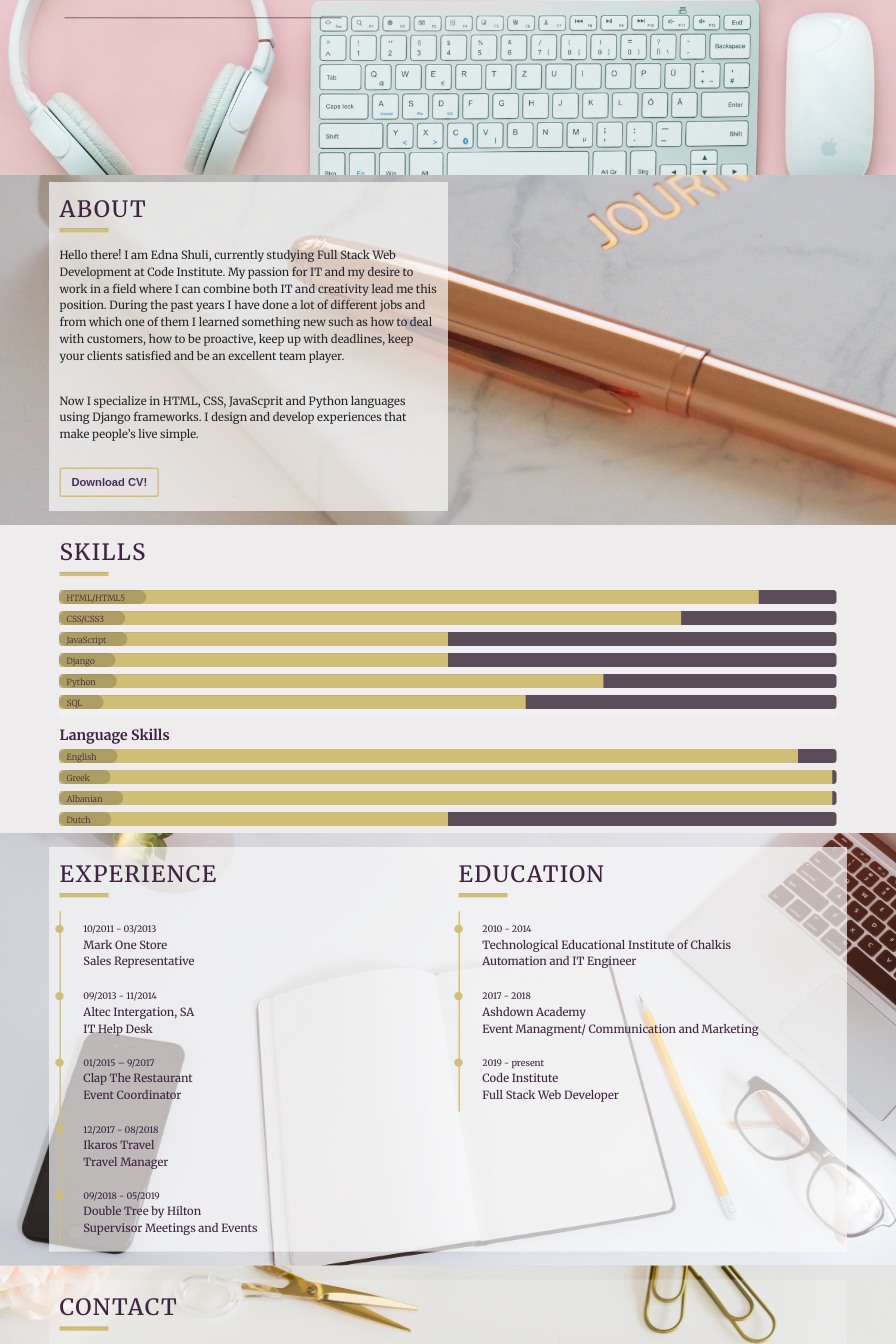
Repository: edshuli/Portfolio
Page: index.html
The author's editor kept a record of every edit. The page is drawn from the files as they stood at one moment, then again after the next edit.
The browser window is 1280 px wide. The pictures show the part of the page from y = 470 to 2390 px (the page is 2870 px tall before and 2888 px after), at 70% of full size.
Backgrounds fixed to the window are drawn as part of the page. Some web fonts or font styles are not loaded; a fallback is used.

Above is the page before.

After the next edit:
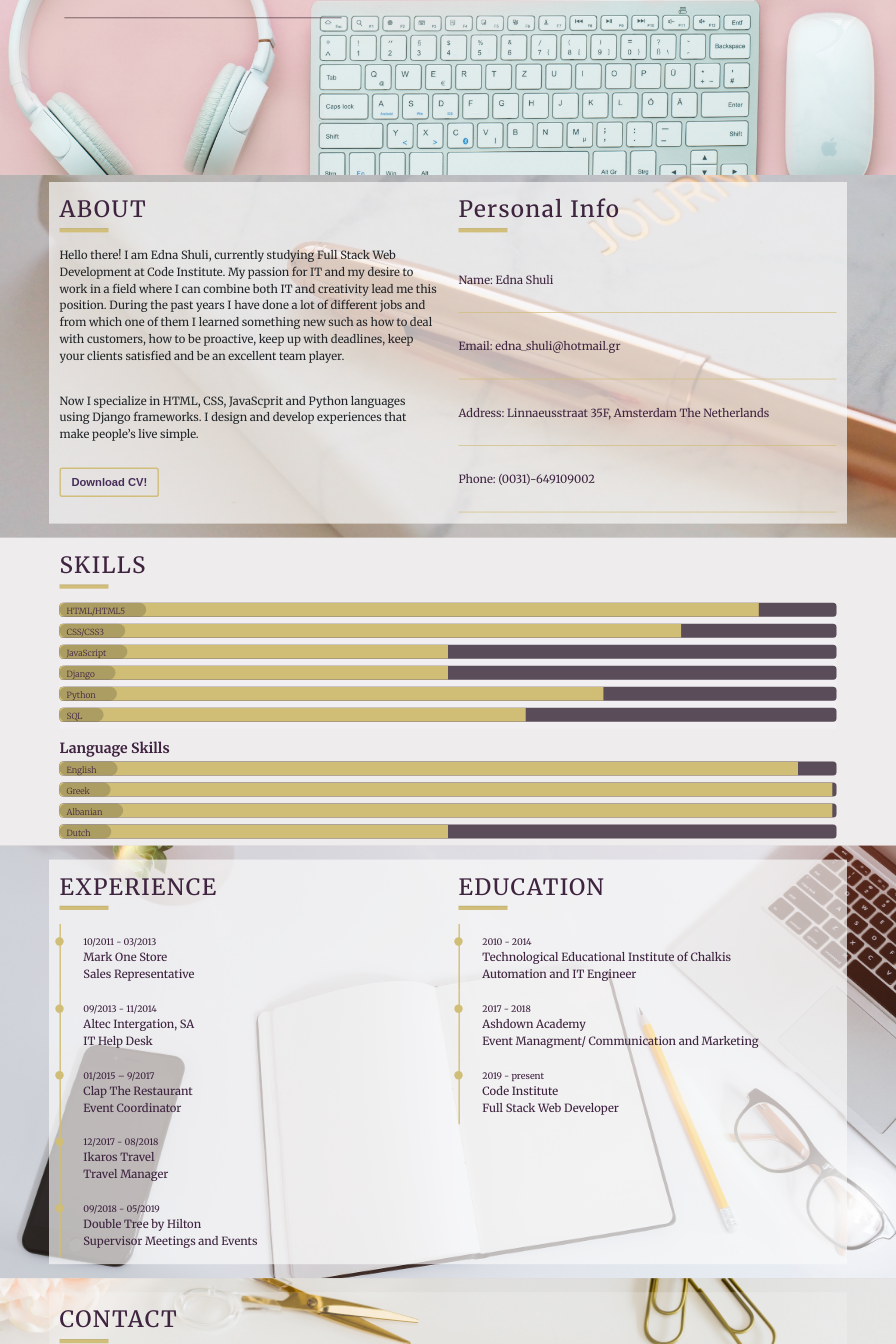
The edit:
--- a/index.html
+++ b/index.html
@@ -73,6 +73,18 @@
                     </div>
                     <a href="assets/cv/Edna-Shuli-Curriculum-Vitae.pdf" download><button class="btn" >Download CV!</button></a>
                 </div>
+                <div class="col-md-6 personalinfo-container">
+                    <div class="personal-info">
+                        <h2 class="uppercase">Personal Info</h2>
+                        <hr class="title-divider">
+                        <ul>
+                            <li>Name: Edna Shuli</li>
+                            <li>Email: <a href="mailto:edna_shhuli@hotmail.gr">edna_shuli@hotmail.gr</a></li>
+                            <li>Address: Linnaeusstraat 35F, Amsterdam The Netherlands</li>
+                            <li>Phone: (0031)-649109002</li>
+                        </ul>
+                    </div>
+                </div>
             </div>
         </div>
     </section>
